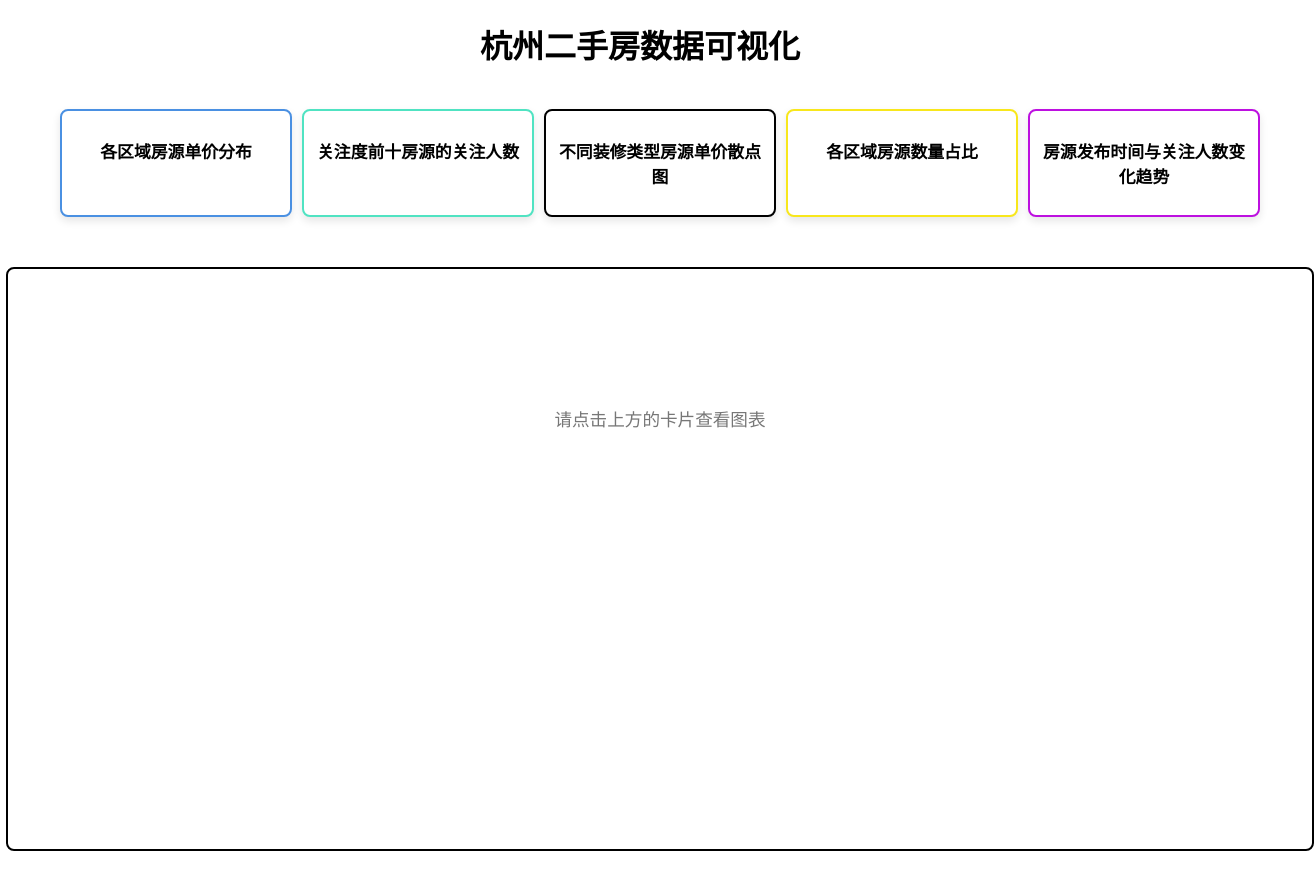
Repository: sakimi-9/DPV-SHP_HangZhou
Page: / (app in rendering/)
The author's editor kept a copy of each file at every save. The page is drawn from the files as they stood at one save, then again after the next save.
The browser window is 1280 px wide. The page is 1314 px wide, then 1312 px, so the pictures cover 1314 px, including what lies to the right of the window. The pictures show the whole page.
The project was rebuilt for these pictures with package versions that can differ from the ones it lists, and the page was loaded fresh each time. Also part of the build but not shown: rendering/vite.config.ts.

Above is the page before, as saved 2025-05-29 11:58:19.

### rendering/index.html
<!DOCTYPE html>
<html lang="en">

<head>
    <meta charset="UTF-8">
    <link rel="icon" href="/favicon.ico">
    <meta name="viewport" content="width=device-width, initial-scale=1.0">
    <title>二手房数据可视化</title>
</head>

<body>
    <div id="app"></div>
    <script type="module" src="/src/main.ts"></script>
</body>

</html>

### rendering/src/App.vue
<template>
  <div>
    <h1 style="text-align: center;">杭州二手房数据可视化</h1>

    <!-- 模式切换 UI -->


    <!-- 2D 图表区域 -->
    <HouseCharts v-if="currentMode === '2D'" :house-data="houseData" />

  </div>
</template>

<script setup lang="ts">
import { ref, onMounted } from 'vue';

// 导入新组件
import HouseCharts from './components/HouseCharts.vue';

// 导入数据解析器
import { ParsedHouse, parseHouseData } from '../util/dataParser';

// Define a ref to store the parsed data
const houseData = ref<ParsedHouse[] | null>(null);

// 定义当前模式状态
const currentMode = ref<'2D'>('2D'); // Only 2D mode is available now

// 定义控制数据分析部分显示的状态变量
const showAnalysis = ref(false);

// 切换数据分析部分显示状态的函数
const toggleAnalysis = () => {
  showAnalysis.value = !showAnalysis.value;
};

// 数据加载逻辑 (修改：先加载经纬度，再加载房源数据)
onMounted(async () => {
  try {
    const response = await fetch('/house_data.json');
    if (!response.ok) {
      throw new Error(`HTTP error! status: ${response.status}`);
    }
    const rawHouseData = await response.json();
    // 解析房源数据时传入经纬度 Map
    houseData.value = parseHouseData(rawHouseData);

    console.log('解析后的数据并存储:', houseData.value);

  } catch (error) {
    console.error('Error loading or processing data:', error);
  }
});

// 显式导出响应式变量 (可能有助于类型检查)
// export { houseData, currentMode };

</script>

<style scoped>
/* Add any specific styles for the 3D visualization container if needed */
/* Only retain App.vue's own styles */
/* HouseCharts.vue */
.chart-display-area>div[ref] {
  width: 100%;
  height: 600px;
  /* Fixed height for the chart */
}

/* HouseCharts.vue */
.chart-display-area {
  /* ... existing styles ... */
  min-height: 850px;
  /* Ensure a minimum height for the box, adjust based on chart height */
}

.chart-display-area>div[ref] {
  width: 100%;
  height: 800px;
  /* Adjusted height */
}

div {
  margin-bottom: 20px;
}

button {
  margin-right: 10px;
}

/* Add styles for the data analysis container */
.data-analysis-container {
  border: 1px solid #ccc;
  /* Add a border */
  padding: 20px;
  /* Add padding inside the box */
  margin-top: 20px;
  /* Add some space above the box */
  background-color: #f9f9f9;
  /* Add a light background color */
  border-radius: 8px;
  /* Rounded corners */
}

.data-analysis-container h2,
.data-analysis-container h3 {
  text-align: center;
  /* Center the titles within the box */
  color: #333;
  /* Darker color for titles */
  margin-bottom: 15px;
  /* Add space below titles */
}

.data-analysis-container h4 {
  margin-top: 15px;
  /* Space above h4 */
  margin-bottom: 10px;
  /* Space below h4 */
  color: #555;
  /* Slightly lighter color for h4 */
}

.data-analysis-container p {
  line-height: 1.6;
  /* Improve readability with more line spacing */
  color: #555;
  /* Slightly lighter color for text */
  margin-bottom: 10px;
  /* Adjust space between paragraphs */
}

.data-analysis-container ul {
  margin-bottom: 15px;
  /* Space below lists */
  padding-left: 20px;
  /* Indent list items */
}

.data-analysis-container ul li {
  margin-bottom: 5px;
  /* Space between list items */
  line-height: 1.5;
  /* Line spacing for list items */
  color: #555;
}


.data-analysis-container p strong {
  color: #000;
  /* Make strong text black */
}

/* Remove styles migrated to TwoDCharts.vue */
/* Keep only App.vue specific styles */

/* Example styles for layout if needed, adjust based on your structure */
/*
.container {
    max-width: 960px;
    margin: 0 auto;
    padding: 20px;
}
*/

/* Add styles for the analysis button */
.analysis-button {
  position: fixed;
  /* Fixed position relative to the viewport */
  bottom: 20px;
  /* 20px from the bottom */
  right: 20px;
  /* 20px from the right */
  z-index: 1000;
  /* Ensure it's above other content */
  padding: 10px 20px;
  font-size: 16px;
  background-color: #007bff;
  color: white;
  border: none;
  border-radius: 5px;
  cursor: pointer;
  box-shadow: 0 2px 5px rgba(0, 0, 0, 0.2);
}

.analysis-button:hover {
  background-color: #0056b3;
}
</style>

### rendering/src/components/HouseCharts.vue
<template>
    <div class="charts-container">
        <!-- Main Title - Centered in App.vue -->

        <!-- Chart Cards Grid -->
        <div class="charts-grid">
            <div v-for="(chart, index) in charts" :key="index" class="chart-card"
                :style="{ 'border-color': getCardColor(index) }" @click="selectChart(index)">
                <h3>{{ chart.title }}</h3>
            </div>
        </div>

        <!-- Chart Display Area (Black Box) -->
        <div class="chart-display-area">
            <div v-if="selectedChartIndex !== null && currentChart" class="selected-chart-content">
                <h3>{{ currentChart.title }}</h3>
                <!-- Chart rendering area - always in DOM, content controlled by JS -->
                <div ref="selectedChartDisplayRef" style="width: 100%; height: 70vh;"></div>
            </div>
            <div v-else class="placeholder-message">
                <p>请点击上方的卡片查看图表</p>
            </div>
        </div>

    </div>
</template>

<script setup lang="ts">
import { ref, onMounted, watch, computed, nextTick } from 'vue';
import * as echarts from 'echarts/core';
// Import the necessary components and charts
import { BarChart, PieChart, ScatterChart, BoxplotChart, LineChart } from 'echarts/charts';
import { GridComponent, TooltipComponent, LegendComponent, TitleComponent } from 'echarts/components';
import { CanvasRenderer } from 'echarts/renderers';

// Import data parsing functions
import {
    getAreaPriceBoxPlotData,
    getTop10FollowedHousesData,
    getRenovationPriceScatterData,
    getAreaHouseCountPieData,
    getPublishTimeFollowersTrendData
} from '../../util/chartDataParser';

echarts.use([
    BarChart,
    PieChart,
    ScatterChart,
    BoxplotChart,
    LineChart,
    GridComponent,
    TooltipComponent,
    LegendComponent,
    TitleComponent,
    CanvasRenderer,
]);

// 定义解析后的房源数据接口 (Copy from dataParser.ts for self-containment)
interface ParsedHouse {
    房源标题: string;
    室: number | null;
    厅: number | null;
    面积: number | null; // 平米
    朝向: string | null;
    装修: string | null;
    楼层信息: string | null; // 例如 "中楼层"
    总楼层: number | null;
    建筑年份: number | null; // 例如 2012
    建筑类型: string | null; // 例如 "板塔结合"
    小区名称: string | null;
    所在区域: string | null; // 例如 "临河里"
    单价: number | null; // 元/平
    关注人数: number | null;
    发布时间: string | null; // 例如 "2个月以前发布"
    标签: string[];
}

// 定义接收的 props
const props = defineProps<{ houseData: ParsedHouse[] | null }>();

// Define ref for the selected chart display area
const selectedChartDisplayRef = ref<HTMLElement | null>(null);

// Define the current chart index
const selectedChartIndex = ref<number | null>(null);

// Computed property for the current chart information
const currentChart = computed(() => {
    if (selectedChartIndex.value === null) return null;
    return charts[selectedChartIndex.value];
});

// Function to select a chart
const selectChart = (index: number) => {
    selectedChartIndex.value = index;
    console.log("Selected chart index:", selectedChartIndex.value);
};

// Function to dispose of a chart instance
const disposeChart = (chartElement: HTMLElement) => {
    const chartInstance = echarts.getInstanceByDom(chartElement);
    if (chartInstance) {
        chartInstance.dispose();
    }
};

// Function to render the selected chart
const renderSelectedChart = (
    chartInfo: { title: string, render: (element: HTMLElement, data: ParsedHouse[]) => void } | null,
    data: ParsedHouse[] | null
) => {
    // Dispose of any previously rendered chart in the display area
    if (selectedChartDisplayRef.value) {
        console.log("Disposing previous chart.");

        disposeChart(selectedChartDisplayRef.value);
        selectedChartDisplayRef.value.innerHTML = ''; // Clear previous chart content
    }

    if (!chartInfo || selectedChartIndex.value === null || !data || data.length === 0) {
        console.warn("No chart selected, no data, or chart info not ready.");
        // The placeholder is now controlled by v-else in the template
        console.log("Render conditions not met.", "Index:", selectedChartIndex.value, "Data present:", !!data, "Data length:", data ? data.length : 0);
        return;
    }

    const chartElement = selectedChartDisplayRef.value; // Get the display area element

    if (!chartElement) {
        console.warn("Chart display element is not available.");
        console.log("Render conditions not met.", "Index:", selectedChartIndex.value, "Data present:", !!props.houseData, "Data length:", props.houseData ? props.houseData.length : 0, "Element available:", !!chartElement);

        return; // Exit if the element is null
    }

    // Directly get chart info based on selected index
    if (chartElement && chartInfo) {
        // Render the current chart
        console.log(`Attempting to render chart: ${chartInfo.title}`);
        try {
            chartInfo.render(chartElement, data); // Pass the display area element to the render function
            console.log(`Successfully called render function for: ${chartInfo.title}`);
        } catch (error) {
            console.error(`Error rendering chart ${chartInfo.title}:`, error);
            chartElement.innerHTML = '<p>图表加载失败</p>';
            console.log(`Caught error during render for: ${chartInfo.title}`);
        }
    }
};

// Watch for changes in houseData or selectedChartIndex to determine if a chart *should* be rendered
watch([() => props.houseData, selectedChartIndex], async ([newData, newIndex]) => {
    // If conditions are met (data and index valid), render the chart.
    // Note: We don't await nextTick here directly for ref availability.
    // The rendering will happen when selectedChartDisplayRef becomes available.
    if (newIndex !== null && newData && newData.length > 0) {
        console.log("Data and Index valid, waiting for nextTick...");
        await nextTick(); // Wait for DOM updates

        const chartElement = selectedChartDisplayRef.value;
        if (chartElement) {
            console.log("Ref element available, attempting to render chart.", "Index:", newIndex);
            // Get the chart info directly from the charts array based on the index
            const chartInfo = charts[newIndex];
            if (chartInfo) {
                renderSelectedChart(chartInfo, newData);
            } else {
                console.error("Chart info not found for index:", newIndex);
            }
        } else {
            console.warn("Ref element not available after nextTick.");
        }
    } else {
        // If conditions are not met, dispose the current chart if it exists
        if (selectedChartDisplayRef.value) {
            console.log("Conditions not met, disposing chart.");
            disposeChart(selectedChartDisplayRef.value);
            selectedChartDisplayRef.value.innerHTML = '';
        }
    }
}, { immediate: true }); // Ensure initial check

// Function to get a color for the card based on index
const getCardColor = (index: number) => {
    const colors = ['#4A90E2', '#50E3C2', 'F5A623', '#F8E71C', '#BD10E0']; // Example colors - removed duplicate definition
    return colors[index % colors.length];
};

// --- Chart Render Functions ---

// 1. 各区域房源单价分布对比箱线图
function renderAreaPriceBoxPlot(chartElement: HTMLElement, data: ParsedHouse[]) {
    const chartData = getAreaPriceBoxPlotData(data);

    if (chartData.length === 0) {
        echarts.dispose(chartElement);
        chartElement.innerHTML = '<p>暂无区域单价分布数据</p>';
        return;
    }

    const areas = chartData.map(item => item.area);
    const prices = chartData.map(item => item.prices);

    const myChart = echarts.init(chartElement);
    console.log("ECharts instance initialized for:", "各区域房源单价分布");
    const option = {
        title: {
            text: '各区域房源单价分布',
            left: 'center'
        },
        tooltip: {
            trigger: 'item',
            axisPointer: { type: 'shadow' }
        },
        xAxis: {
            type: 'category',
            data: areas,
            boundaryGap: true,
            nameMap: areas,
            axisLabel: {
                interval: 0,
                rotate: 30,
                overflow: 'breakAll',
                ellipsis: '...'
            }
        },
        yAxis: {
            type: 'value',
            name: '单价 (元/平)'
        },
        series: [
            {
                name: '单价分布',
                type: 'boxplot',
                data: prices,
                tooltip: {
                    formatter: function (param: any) { // Keep any type for simplicity
                        if (param.data) {
                            return [
                                `区域: ${param.name}<br/>`,
                                `最大值: ${param.data[5].toFixed(2)}<br/>`,
                                `第三四分位数: ${param.data[4].toFixed(2)}<br/>`,
                                `中位数: ${param.data[3].toFixed(2)}<br/>`,
                                `第一四分位数: ${param.data[2].toFixed(2)}<br/>`,
                                `最小值: ${param.data[1].toFixed(2)}`
                            ].join('');
                        }
                        return '';
                    }
                }
            }
        ]
    };
    console.log("Setting option for:", "各区域房源单价分布", option);
    myChart.setOption(option);
}

// 2. 关注度前十房源的关注人数柱状图
function renderTop10FollowersBar(chartElement: HTMLElement, data: ParsedHouse[]) {
    const chartData = getTop10FollowedHousesData(data);

    if (chartData.length === 0) {
        echarts.dispose(chartElement);
        chartElement.innerHTML = '<p>暂无关注度前十房源数据</p>';
        return;
    }

    const titles = chartData.map(item => item.title);
    const followers = chartData.map(item => item.followers);

    const myChart = echarts.init(chartElement);
    console.log("ECharts instance initialized for:", "关注度前十房源的关注人数");
    const option = {
        title: {
            text: '关注度前十房源的关注人数',
            left: 'center'
        },
        tooltip: {},
        xAxis: {
            type: 'category',
            data: titles,
            axisLabel: {
                interval: 0,
                rotate: 30,
                overflow: 'breakAll',
                ellipsis: '...'
            }
        },
        yAxis: {
            type: 'value',
            name: '关注人数'
        },
        series: [
            {
                name: '关注人数',
                type: 'bar',
                data: followers
            }
        ]
    };
    console.log("Setting option for:", "关注度前十房源的关注人数", option);
    myChart.setOption(option);
}

// 3. 不同装修类型房源单价散点图
function renderRenovationPriceScatter(chartElement: HTMLElement, data: ParsedHouse[]) {
    const chartData = getRenovationPriceScatterData(data);

    if (chartData.length === 0) {
        echarts.dispose(chartElement);
        chartElement.innerHTML = '<p>暂无装修类型与单价数据</p>';
        return;
    }

    const scatterData = chartData.map((item: { renovation: string, price: number }) => [item.price, item.renovation]); // Explicitly type item

    // Get unique renovation types for y-axis categories
    const renovationTypes = Array.from(new Set(chartData.map((item: { renovation: string, price: number }) => item.renovation))) as string[]; // Explicitly type item and result

    const myChart = echarts.init(chartElement);
    console.log("ECharts instance initialized for:", "不同装修类型房源单价散点图");
    const option = {
        title: {
            text: '不同装修类型房源单价散点图',
            left: 'center'
        },
        tooltip: {
            trigger: 'axis',
            axisPointer: { type: 'shadow' },
            formatter: function (params: any) { // Keep any type for simplicity
                const item = params[0];
                return `装修: ${item.value[1]}<br/>单价: ${item.value[0].toFixed(2)} 元/平`;
            }
        },
        xAxis: {
            type: 'value',
            name: '单价 (元/平)'
        },
        yAxis: {
            type: 'category',
            data: renovationTypes,
            name: '装修类型'
        },
        series: [
            {
                name: '房源',
                type: 'scatter',
                data: scatterData
            }
        ]
    };
    console.log("Setting option for:", "不同装修类型房源单价散点图", option);
    myChart.setOption(option);
}

// 4. 各区域房源数量占比饼图
function renderAreaCountPie(chartElement: HTMLElement, data: ParsedHouse[]) {
    const chartData = getAreaHouseCountPieData(data);

    if (chartData.length === 0) {
        echarts.dispose(chartElement);
        chartElement.innerHTML = '<p>暂无区域房源数量数据</p>';
        return;
    }

    const pieData = chartData.map((item: { area: string, count: number }) => ({
        name: item.area,
        value: item.count
    })); // Explicitly type item

    const myChart = echarts.init(chartElement);
    console.log("ECharts instance initialized for:", "各区域房源数量占比");
    const option = {
        title: {
            text: '各区域房源数量占比',
            left: 'center'
        },
        tooltip: {
            trigger: 'item',
            formatter: '{a} <br/>{b}: {c} ({d}%)'
        },
        legend: {
            orient: 'vertical',
            left: 'left',
            data: chartData.map((item: { area: string, count: number }) => item.area) // Explicitly type item
        },
        series: [
            {
                name: '房源数量',
                type: 'pie',
                radius: '50%',
                data: pieData,
                emphasis: {
                    itemStyle: {
                        shadowBlur: 10,
                        shadowOffsetX: 0,
                        shadowColor: 'rgba(0, 0, 0, 0.5)'
                    }
                }
            }
        ]
    };
    console.log("Setting option for:", "各区域房源数量占比", option);
    myChart.setOption(option);
}

// 5. 房源发布时间与关注人数变化趋势折线图
function renderPublishTimeFollowersLine(chartElement: HTMLElement, data: ParsedHouse[]) {
    const chartData = getPublishTimeFollowersTrendData(data);

    if (chartData.length === 0) {
        echarts.dispose(chartElement);
        chartElement.innerHTML = '<p>暂无发布时间与关注人数趋势数据</p>';
        return;
    }

    const times = chartData.map((item: { time: string, totalFollowers: number }) => item.time); // Explicitly type item
    const totalFollowers = chartData.map((item: { time: string, totalFollowers: number }) => item.totalFollowers); // Explicitly type item

    const myChart = echarts.init(chartElement);
    console.log("ECharts instance initialized for:", "房源发布时间与关注人数变化趋势");
    const option = {
        title: {
            text: '房源发布时间与关注人数变化趋势',
            left: 'center'
        },
        tooltip: {
            trigger: 'axis'
        },
        xAxis: {
            type: 'category',
            data: times,
            axisLabel: {
                interval: 0,
                rotate: 30,
                overflow: 'breakAll',
                ellipsis: '...'
            }
        },
        yAxis: {
            type: 'value',
            name: '总关注人数'
        },
        series: [
            {
                name: '总关注人数',
                type: 'line',
                data: totalFollowers
            }
        ]
    };
    console.log("Setting option for:", "房源发布时间与关注人数变化趋势", option);
    myChart.setOption(option);
}

// Define the list of charts with their titles and render functions
const charts = [
    { title: '各区域房源单价分布', render: renderAreaPriceBoxPlot },
    { title: '关注度前十房源的关注人数', render: renderTop10FollowersBar },
    { title: '不同装修类型房源单价散点图', render: renderRenovationPriceScatter },
    { title: '各区域房源数量占比', render: renderAreaCountPie },
    { title: '房源发布时间与关注人数变化趋势', render: renderPublishTimeFollowersLine },
];

// Initial render logic (optional, handled by watch with immediate: true)
/*
onMounted(() => {
    renderSelectedChart(props.houseData);
});
*/

</script>

<style scoped>
.charts-container {
    display: flex;
    flex-direction: column;
    gap: 30px;
    /* Increased gap */
    align-items: center;
    margin-top: 20px;
    /* Adjusted top margin */
    padding: 20px;
    width: 100%;
    /* Ensure container takes full width */
}

.charts-grid {
    display: grid;
    grid-template-columns: repeat(5, 1fr);
    /* Changed to 5 equal columns */
    gap: 10px;
    /* Reduced gap to make cards smaller */
    width: 100%;
    max-width: 1200px;
    /* Keep max width */
    justify-content: center;
}

.chart-card {
    background-color: #fff;
    border: 2px solid;
    /* Use border-color from style binding */
    border-radius: 8px;
    padding: 10px;
    /* Reduced padding */
    text-align: center;
    cursor: pointer;
    box-shadow: 0 4px 8px rgba(0, 0, 0, 0.1);
    transition: transform 0.3s ease, box-shadow 0.3s ease;
    font-size: 0.9em;
    /* Slightly reduced font size */
}

.chart-card:hover {
    transform: translateY(-5px);
    box-shadow: 0 6px 12px rgba(0, 0, 0, 0.15);
}

/* --- 图表显示区域容器样式 (黑色边框区域) --- */
.chart-display-area {
    margin-top: 20px;
    /* Space above the display area */
    border: 2px solid black;
    /* Black border */
    border-radius: 8px;
    padding: 20px;
    width: 100%;
    display: flex;
    flex-direction: column;
    align-items: center;
    min-height: 75vh;
    /* Ensure a minimum height for the box, adjusted for larger chart */
    /* Ensure a minimum height for the box */
}

.chart-display-area h3 {
    margin-top: 0;
    margin-bottom: 10px;
}

/* --- ECharts 图表实际渲染区域样式 (div[ref=selectedChartDisplayRef]) --- */
/* 调整这里的 width 和 height 可以直接改变图表的大小 */
.chart-display-area>div[ref] {
    width: 200%;
    height: 60vh;
    /* 例如，占视口高度的 70% */
}

.placeholder-message {
    text-align: center;
    color: #777;
    font-size: 1.1em;
    margin-top: 100px;
    /* Center message vertically */
}

/* Removed carousel related styles */
</style>

Loaded but not shown: rendering/src/main.ts (common file); rendering/public/house_data.json (1034 lines, source omitted); rendering/util/dataParser.ts (112 lines, source omitted); rendering/util/chartDataParser.ts (107 lines, source omitted)

After the next save:
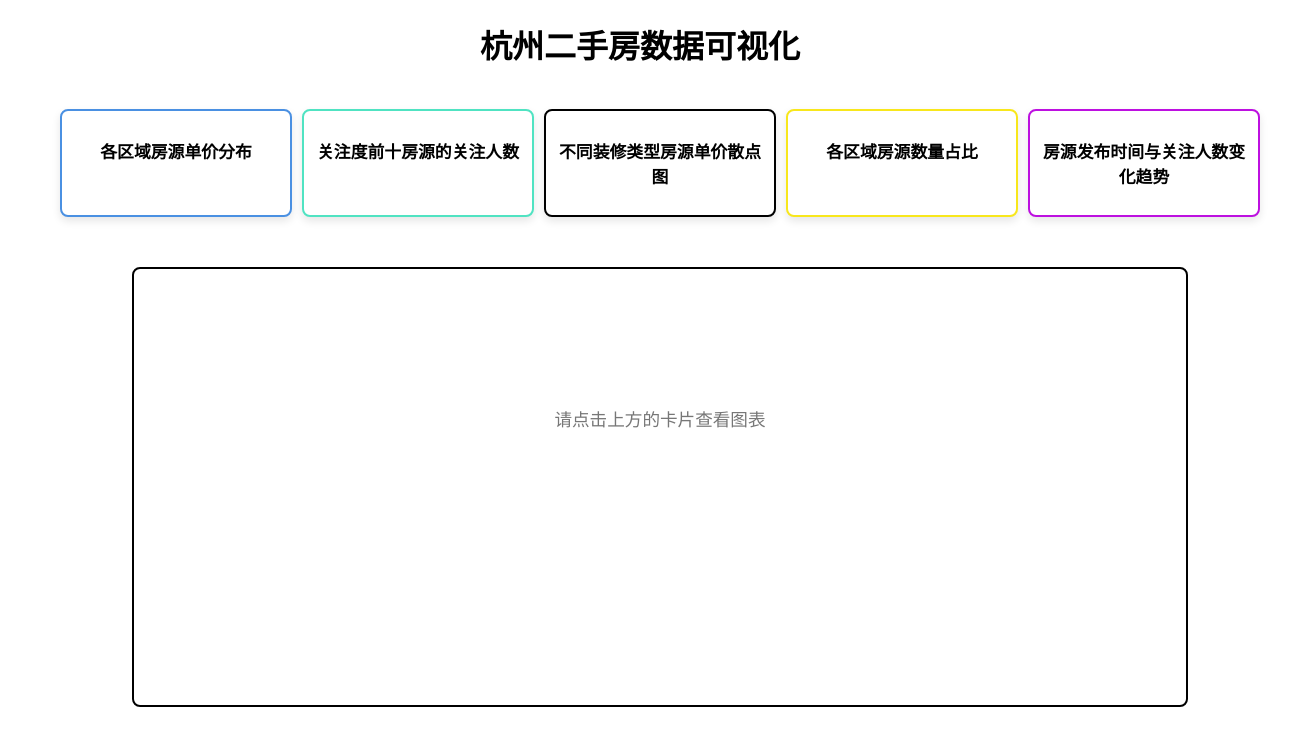
Saved 45 s later.
--- a/rendering/src/components/HouseCharts.vue
+++ b/rendering/src/components/HouseCharts.vue
@@ -525,11 +525,11 @@ onMounted(() => {
     /* Black border */
     border-radius: 8px;
     padding: 20px;
-    width: 100%;
+    width: 80%;
     display: flex;
     flex-direction: column;
     align-items: center;
-    min-height: 75vh;
+    min-height: 55vh;
     /* Ensure a minimum height for the box, adjusted for larger chart */
     /* Ensure a minimum height for the box */
 }
